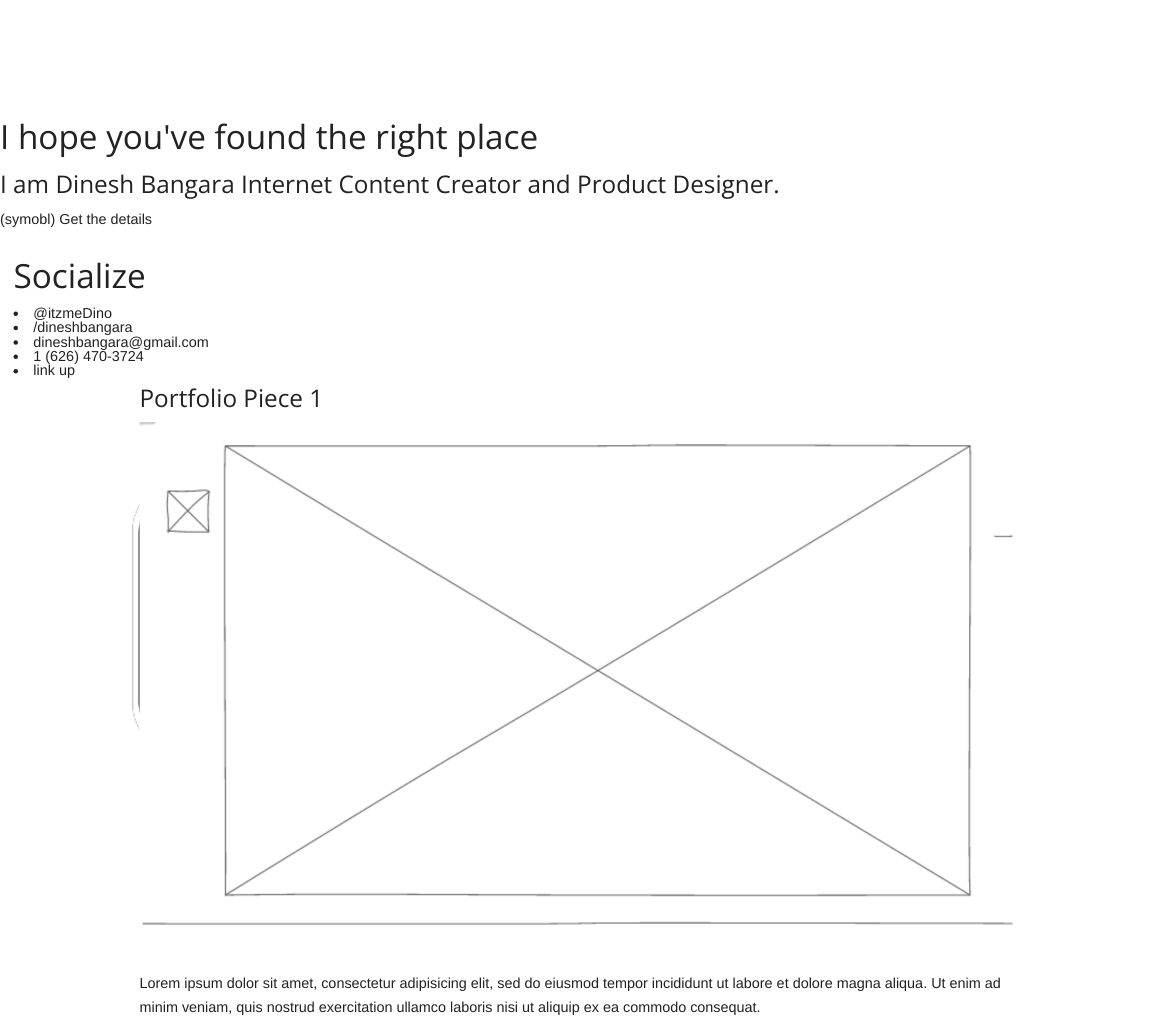
Repository: dineshb/HTML5_Portfolio
Page: Basic/index.html
These files come from the project's save history. The page is drawn as it stood at one moment and after the next save; the edit follows.
The browser window is 1280 px wide. The pictures show the whole page, at 90% of full size.

Above is the page before, as saved 2013-11-22 05:01:00.
Console error (its wording comes from the project's code and is left out).

### Basic/index.html
<!DOCTYPE html>
<!--[if IE 8]> 				 <html class="no-js lt-ie9" lang="en" > <![endif]-->
<!--[if gt IE 8]><!--> <html class="no-js" lang="en" > <!--<![endif]-->
<link rel="shortcut icon" href="favicon.ico" type="image/x-icon" />
<head>
	<meta charset="utf-8">
  <meta name="viewport" content="width=device-width">
  <title>Dinesh Bangara - Content Producer and Designer</title>
  <link rel="stylesheet" href="css/foundation.css">
  <link rel="stylesheet" href="css/foundation.min.css">
  <link rel="stylesheet" href="css/main.css">
  <link rel="stylesheet" href="css/normalize.css">
  <script src="js/vendor/custom.modernizr.js"></script>
  <script src="/js/vendor/jquery.js"></script>
<script src="/js/foundation/foundation.min.js"></script>
<script>
  $(document).foundation();
</script>
</head>
<body>
<nav style="visibility: hidden;">
	<ul>
	<li>
		<a href="#about" id "about_icon" class>
		<span class="icon-about"></span></a>
	</li>
	<li><a href="#top" id "top_icon" class>
		<span class="icon-top"></span></a>
	</li>
	<li><a href="#up" id "up_icon" class>
		<span class="icon-up"></span></a>
	</li>
	<li><a href="#down" id "down_icon" class>
		<span class="icon-down"></span></a>
	</li>
	</ul>
</nav>
<div class="About Dropdown">
	<div class="row">

			<strong class="show-for-medium-up">
			<img class="logo" src="img/About192.png"/>
			</strong>
			<strong class="show-for-small-only">
			<img class="logo" src="img/About96.png"/>
			</strong>
			</div>


			<h2>I hope you've found the right place</h2>
			<h3>I am Dinesh Bangara Internet Content Creator and Product Designer.</h3>
			<p>(symobl) Get the details</p>
		</div>
		<div class="large-6 columns">
			<h2>Socialize</h2>
			<li>@itzmeDino</li>
			<li>/dineshbangara</li>
			<li>dineshbangara@gmail.com</li>
			<li>1  (626) 470-3724</li>
			<li> link up</li>
			</div>
	</div>
</div>




	<div class="row">
		<div class="large-12 columns">
			<h3>Portfolio Piece 1</h3>
		</div>
	</div>
	<div class="row">
		<div class="large-12 columns">
			<img src="img/peace.png" title="Portfolio 1 Test">
			<p> Lorem ipsum dolor sit amet, consectetur adipisicing elit, sed do eiusmod tempor incididunt ut labore et dolore magna aliqua. Ut enim ad minim veniam, quis nostrud exercitation ullamco laboris nisi ut aliquip ex ea commodo consequat. </p>
		</div>
	</div>





  <script>
  document.write('<script src=' +
  ('__proto__' in {} ? 'js/vendor/zepto' : 'js/vendor/jquery') +
  '.js><\/script>')
  </script>

  <script src="js/foundation.min.js"></script>
  <!--

  <script src="js/foundation/foundation.js"></script>

  <script src="js/foundation/foundation.alerts.js"></script>

  <script src="js/foundation/foundation.clearing.js"></script>

  <script src="js/foundation/foundation.cookie.js"></script>

  <script src="js/foundation/foundation.dropdown.js"></script>

  <script src="js/foundation/foundation.forms.js"></script>

  <script src="js/foundation/foundation.joyride.js"></script>

  <script src="js/foundation/foundation.magellan.js"></script>

  <script src="js/foundation/foundation.orbit.js"></script>

  <script src="js/foundation/foundation.reveal.js"></script>

  <script src="js/foundation/foundation.section.js"></script>

  <script src="js/foundation/foundation.tooltips.js"></script>

  <script src="js/foundation/foundation.topbar.js"></script>

  <script src="js/foundation/foundation.interchange.js"></script>

  <script src="js/foundation/foundation.placeholder.js"></script>

  <script src="js/foundation/foundation.abide.js"></script>

  -->
  <script>
    $(document).foundation();
  </script>
</body>
</html>

### Basic/css/main.css
/*! HTML5 Boilerplate v4.3.0 | MIT License | http://h5bp.com/ */

/*
 * What follows is the result of much research on cross-browser styling.
 * Credit left inline and big thanks to Nicolas Gallagher, Jonathan Neal,
 * Kroc Camen, and the H5BP dev community and team.
 */

/* ==========================================================================
   Base styles: opinionated defaults
   ========================================================================== */

html,
button,
input,
select,
textarea {
    color: #222;
}

html {
    font-size: 1em;
    line-height: 1.4;
}

/*
 * Remove text-shadow in selection highlight: h5bp.com/i
 * These selection rule sets have to be separate.
 * Customize the background color to match your design.
 */

::-moz-selection {
    background: #b3d4fc;
    text-shadow: none;
}

::selection {
    background: #b3d4fc;
    text-shadow: none;
}

/*
 * A better looking default horizontal rule
 */

hr {
    display: block;
    height: 1px;
    border: 0;
    border-top: 1px solid #ccc;
    margin: 1em 0;
    padding: 0;
}

/*
 * Remove the gap between images, videos, audio and canvas and the bottom of
 * their containers: h5bp.com/i/440
 */

audio,
canvas,
img,
svg,
video {
    vertical-align: middle;
}

/*
 * Remove default fieldset styles.
 */

fieldset {
    border: 0;
    margin: 0;
    padding: 0;
}

/*
 * Allow only vertical resizing of textareas.
 */

textarea {
    resize: vertical;
}

/* ==========================================================================
   Browse Happy prompt
   ========================================================================== */

.browsehappy {
    margin: 0.2em 0;
    background: #ccc;
    color: #000;
    padding: 0.2em 0;
}

/* ==========================================================================
   Author's custom styles
   ========================================================================== */

img.logo {


  	width:25%;
	position: absolute;
	top: 50%;
	left: 50%;
	margin-left: -500px;
	margin-top: -50px;
}














/* ==========================================================================
   Helper classes
   ========================================================================== */

/*
 * Hide from both screenreaders and browsers: h5bp.com/u
 */

.hidden {
    display: none !important;
    visibility: hidden;
}

/*
 * Hide only visually, but have it available for screenreaders: h5bp.com/v
 */

.visuallyhidden {
    border: 0;
    clip: rect(0 0 0 0);
    height: 1px;
    margin: -1px;
    overflow: hidden;
    padding: 0;
    position: absolute;
    width: 1px;
}

/*
 * Extends the .visuallyhidden class to allow the element to be focusable
 * when navigated to via the keyboard: h5bp.com/p
 */

.visuallyhidden.focusable:active,
.visuallyhidden.focusable:focus {
    clip: auto;
    height: auto;
    margin: 0;
    overflow: visible;
    position: static;
    width: auto;
}

/*
 * Hide visually and from screenreaders, but maintain layout
 */

.invisible {
    visibility: hidden;
}

/*
 * Clearfix: contain floats
 *
 * For modern browsers
 * 1. The space content is one way to avoid an Opera bug when the
 *    `contenteditable` attribute is included anywhere else in the document.
 *    Otherwise it causes space to appear at the top and bottom of elements
 *    that receive the `clearfix` class.
 * 2. The use of `table` rather than `block` is only necessary if using
 *    `:before` to contain the top-margins of child elements.
 */

.clearfix:before,
.clearfix:after {
    content: " "; /* 1 */
    display: table; /* 2 */
}

.clearfix:after {
    clear: both;
}

/* ==========================================================================
   EXAMPLE Media Queries for Responsive Design.
   These examples override the primary ('mobile first') styles.
   Modify as content requires.
   ========================================================================== */

@media only screen and (min-width: 35em) {
    /* Style adjustments for viewports that meet the condition */
}

@media print,
       (-o-min-device-pixel-ratio: 5/4),
       (-webkit-min-device-pixel-ratio: 1.25),
       (min-resolution: 120dpi) {
    /* Style adjustments for high resolution devices */
}

/* ==========================================================================
   Print styles.
   Inlined to avoid required HTTP connection: h5bp.com/r
   ========================================================================== */

@media print {
    * {
        background: transparent !important;
        color: #000 !important; /* Black prints faster: h5bp.com/s */
        box-shadow: none !important;
        text-shadow: none !important;
    }

    a,
    a:visited {
        text-decoration: underline;
    }

    a[href]:after {
        content: " (" attr(href) ")";
    }

    abbr[title]:after {
        content: " (" attr(title) ")";
    }

    /*
     * Don't show links for images, or javascript/internal links
     */

    a[href^="javascript:"]:after,
    a[href^="#"]:after {
        content: "";
    }

    pre,
    blockquote {
        border: 1px solid #999;
        page-break-inside: avoid;
    }

    thead {
        display: table-header-group; /* h5bp.com/t */
    }

    tr,
    img {
        page-break-inside: avoid;
    }

    img {
        max-width: 100% !important;
    }

    @page {
        margin: 0.5cm;
    }

    p,
    h2,
    h3 {
        orphans: 3;
        widows: 3;
    }

    h2,
    h3 {
        page-break-after: avoid;
    }
}

Loaded but not shown: Basic/css/foundation.min.css (library); Basic/css/normalize.css (library); Basic/js/vendor/custom.modernizr.js (library); Basic/js/vendor/jquery.js (library); Basic/js/foundation.min.js (library); Basic/js/vendor/zepto.js (library); Basic/css/foundation.css (5317 lines, source omitted)

After the next save:
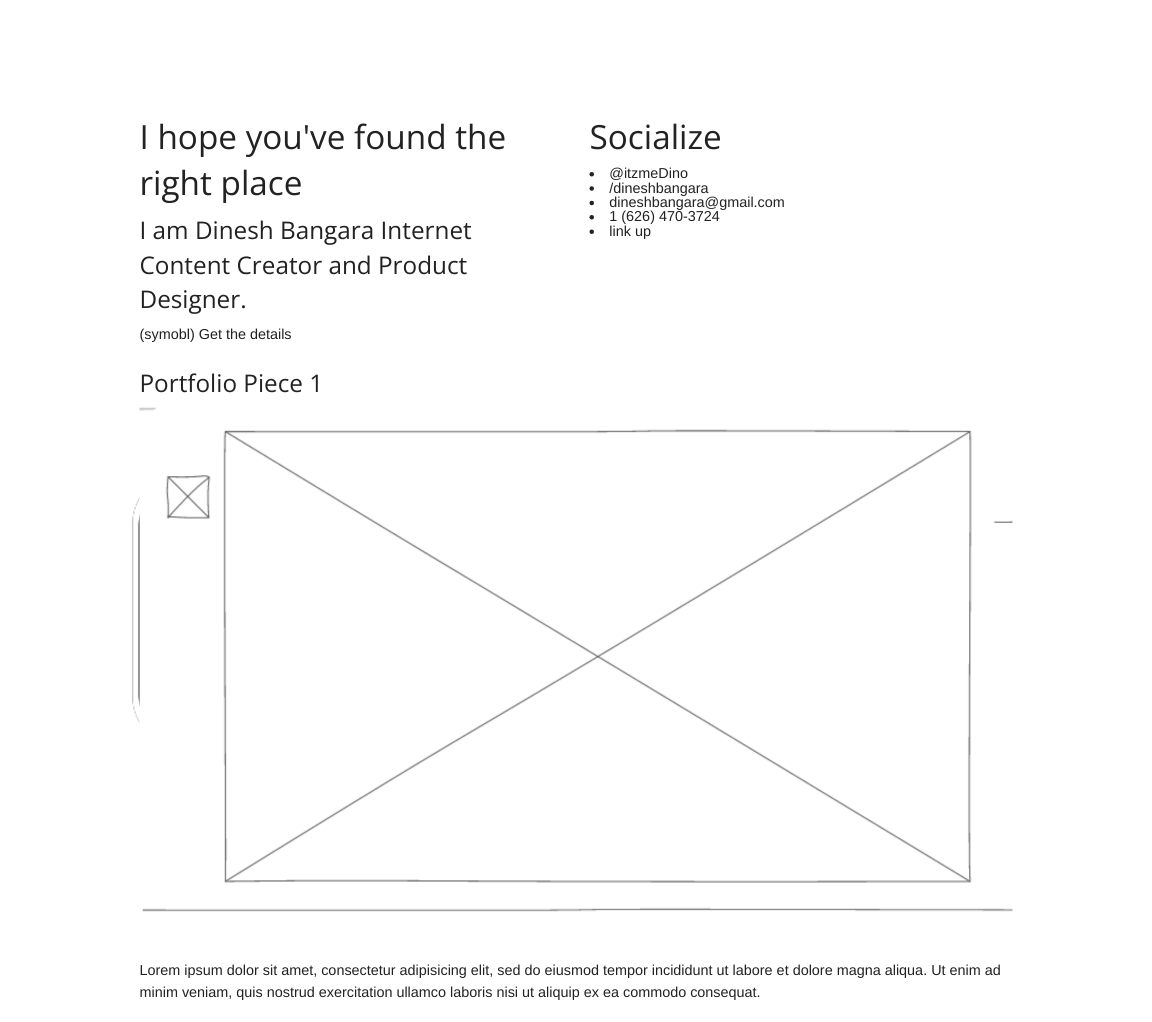
Saved 37 s later.
--- a/Basic/index.html
+++ b/Basic/index.html
@@ -44,9 +44,8 @@
 			<strong class="show-for-small-only">
 			<img class="logo" src="img/About96.png"/>
 			</strong>
-			</div>
 
-
+			<div class="large-6 columns">
 			<h2>I hope you've found the right place</h2>
 			<h3>I am Dinesh Bangara Internet Content Creator and Product Designer.</h3>
 			<p>(symobl) Get the details</p>
